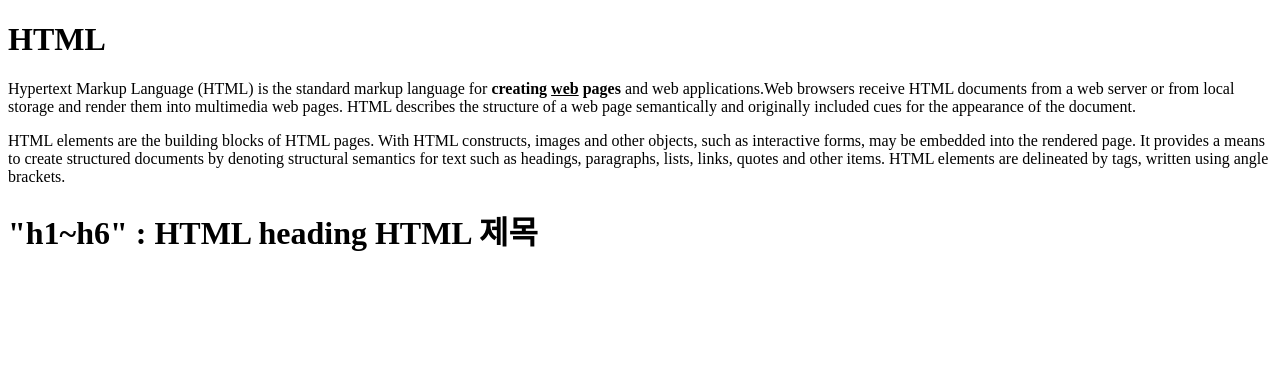
Repository: winterer4/Web-1
Page: HTML5/1.html
An editor plug-in stored every save of this project. The page is shown before and after the next save, followed by the edit.
The browser window is 1280 px wide. The pictures show the whole page.

Above is the page before, as saved 2018-10-25 06:47:53.

After the next save:
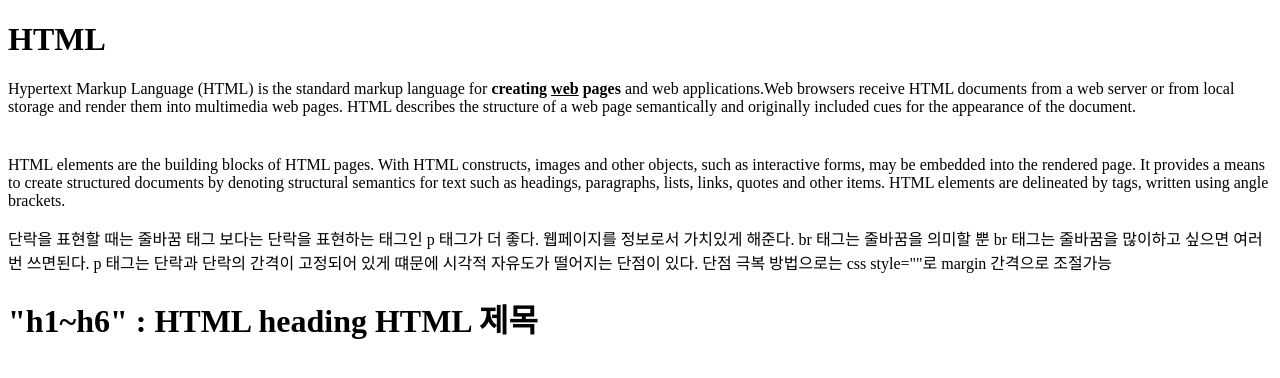
Saved 4 min 44 s later.
--- a/HTML5/1.html
+++ b/HTML5/1.html
@@ -7,10 +7,19 @@
 <body>
 <h1>HTML</h1>
 <p>Hypertext Markup Language (HTML) is the standard markup language for <strong>creating <u>web</u> pages</strong> and web applications.Web browsers receive HTML documents from a web server or from local storage and render them into multimedia web pages. HTML describes the structure of a web page semantically and originally included cues for the appearance of the document.</p>
-<p>HTML elements are the building blocks of HTML pages. With HTML constructs, images and other objects, such as interactive forms, may be embedded into the rendered page. It provides a means to create structured documents by denoting structural semantics for text such as headings, paragraphs, lists, links, quotes and other items. HTML elements are delineated by tags, written using angle brackets.</p>
+<p style="margin-top:40px;">HTML elements are the building blocks of HTML pages. With HTML constructs, images and other objects, such as interactive forms, may be embedded into the rendered page. It provides a means to create structured documents by denoting structural semantics for text such as headings, paragraphs, lists, links, quotes and other items. HTML elements are delineated by tags, written using angle brackets.</p>
 
+단락을 표현할 때는 줄바꿈 태그 보다는 단락을 표현하는 태그인 p 태그가 더 좋다.
+웹페이지를 정보로서 가치있게 해준다.
+br 태그는 줄바꿈을 의미할 뿐
+br 태그는 줄바꿈을 많이하고 싶으면 여러번 쓰면된다.
+p 태그는 단락과 단락의 간격이 고정되어 있게 떄문에 시각적 자유도가 떨어지는 단점이 있다.
+단점 극복 방법으로는 css style=""로 margin 간격으로 조절가능
 </body>
 
 <h1>"h1~h6" : HTML heading HTML 제목 </h1>
 
+
+
+
 </html>
